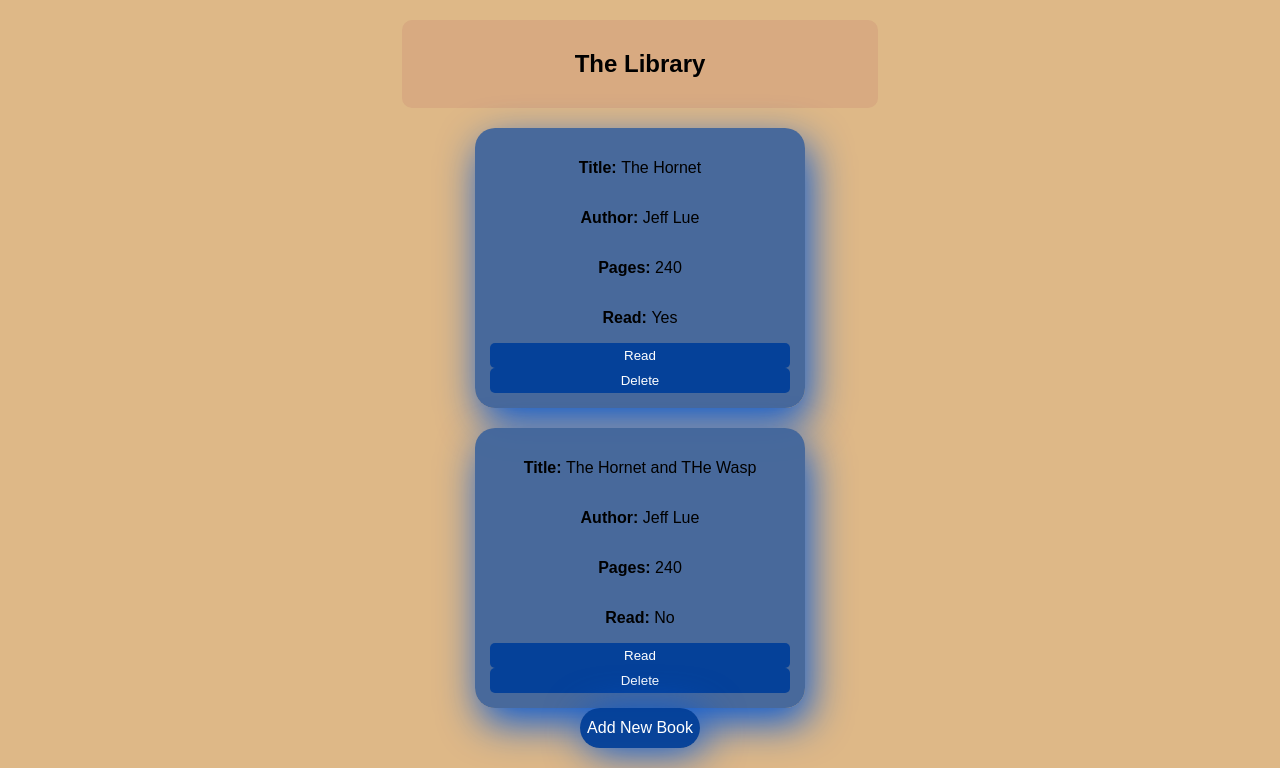
Repository: ErvinClay13/Library
Page: index.html
These files come from the project's save history. The page is drawn as it stood at one moment and after the next save; the edit follows.
The browser window is 1280 px wide. The pictures show the whole page.

Above is the page before, as saved 2025-01-11 04:54:19.

After the next save:
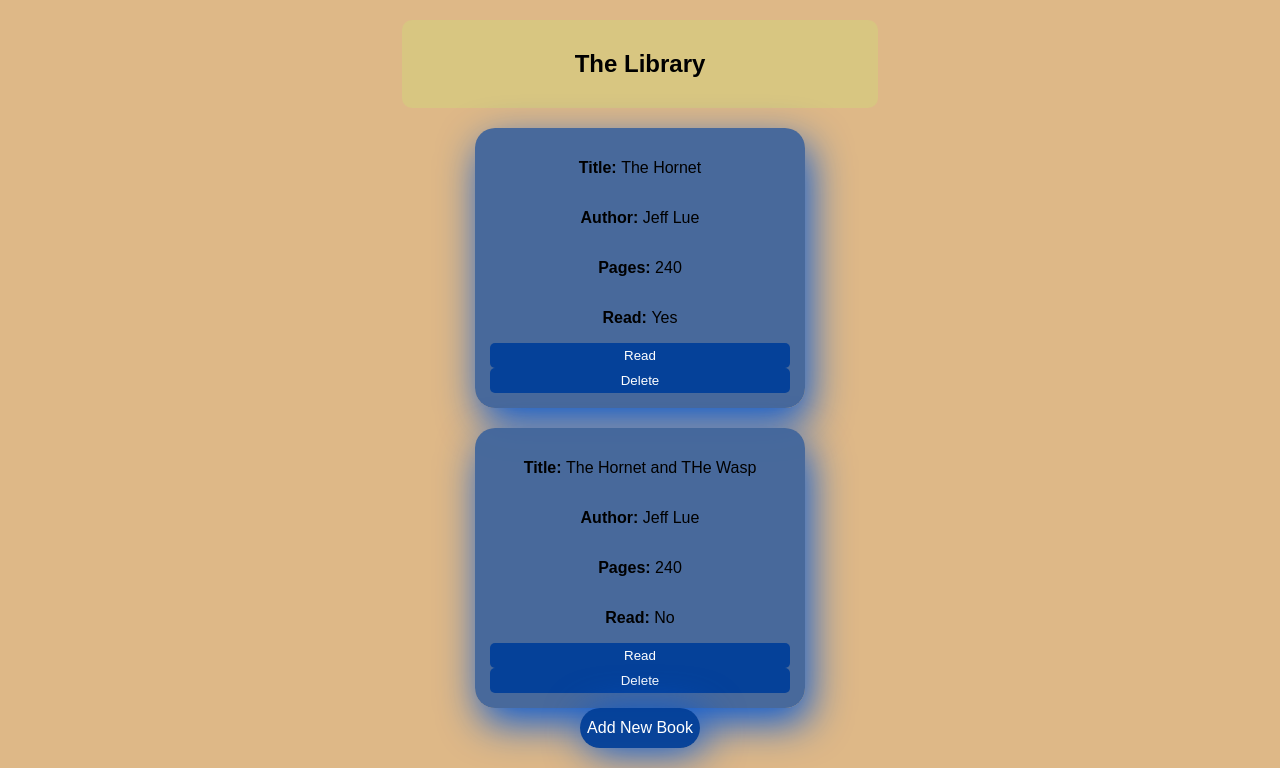
Saved 9 s later.
--- a/style.css
+++ b/style.css
@@ -20,7 +20,7 @@ body {
     display: flex;
     justify-content: space-between;
     justify-content: center;
-    background-color: rgb(216, 170, 129);
+    background-color: rgb(216, 198, 129);
     /* background-color: #42669df5; */
     /* box-shadow: 5px 5px 40px #0055d4f5; */
     width: 100%;
